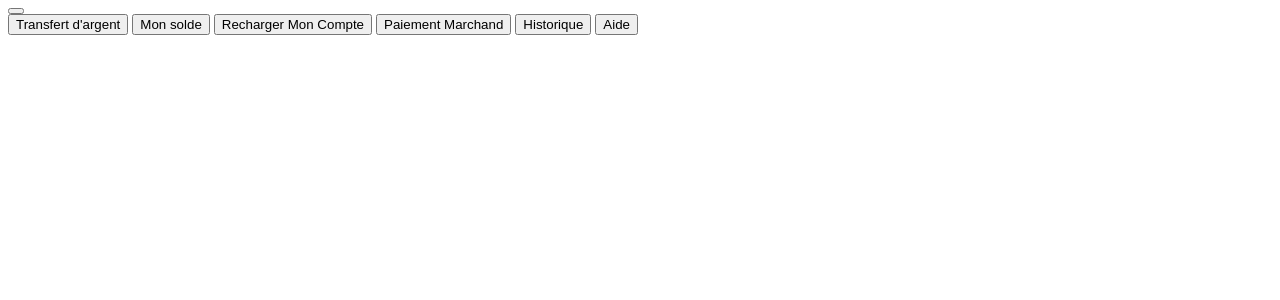
Repository: nyoumi/perfectpay
Page: src/pages/home/home.html
The author's editor kept a copy of each file at every save. The page is drawn from the files as they stood at one save, then again after the next save.
The browser window is 1280 px wide. The pictures show the whole page.

Above is the page before, as saved 2021-02-02 08:16:17.

After the next save:
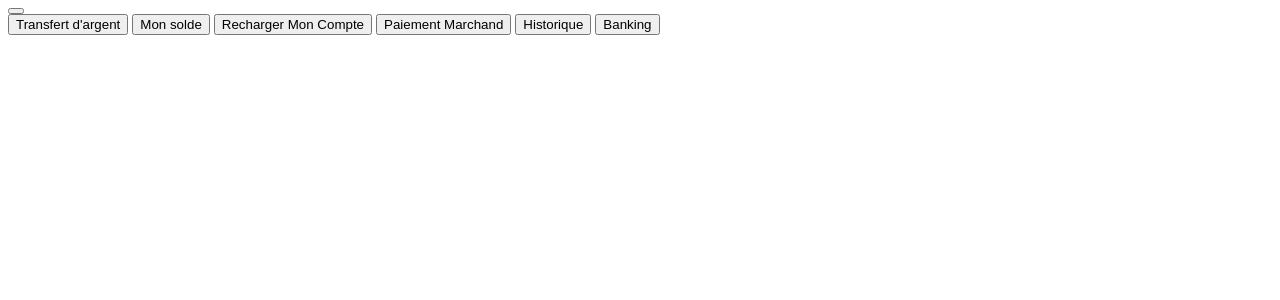
Saved 57 min 42 s later.
--- a/src/pages/home/home.html
+++ b/src/pages/home/home.html
@@ -70,10 +70,10 @@
 
       </button>
     </ion-col>
-      <ion-col col-6> <button ion-button color="light" outline (tap)="getHistorique()">
+      <ion-col col-6> <button ion-button color="light" outline (tap)="makeBanking()">
 
         <div><ion-icon name="custom-help"></ion-icon></div>
-        Aide
+        Banking
 
       </button>
     </ion-col>
